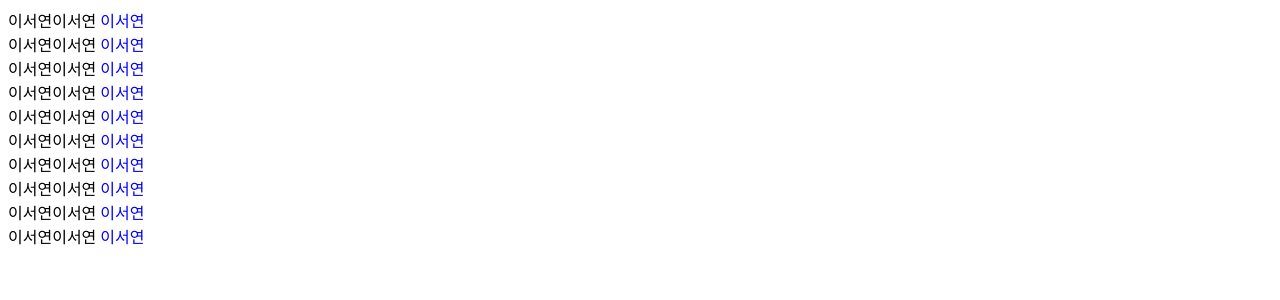
Repository: seoyeon0619/WebProgramming
Page: workspace1/myhome2/src/main/webapp/javascript/javascript6.html
An editor plug-in stored every save of this project. The page is shown before and after the next save, followed by the edit.
The browser window is 1280 px wide. The pictures show the whole page.

Above is the page before, as saved 2022-12-30 08:46:40.

After the next save:
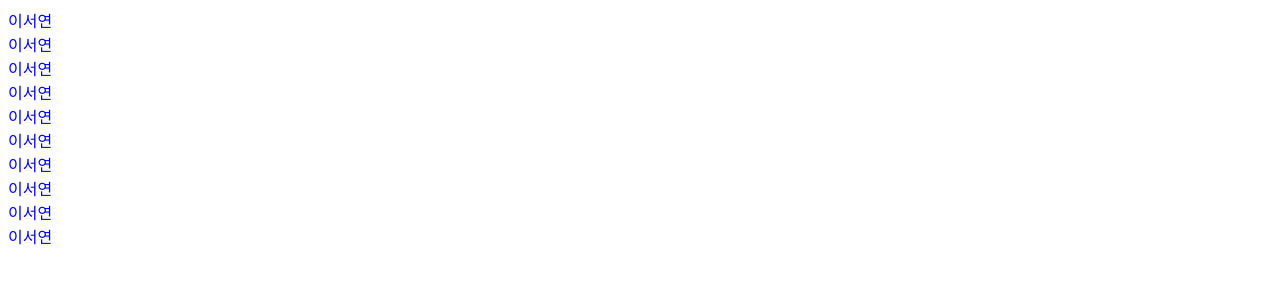
Saved 13 s later.
--- a/workspace1/myhome2/src/main/webapp/javascript/javascript6.html
+++ b/workspace1/myhome2/src/main/webapp/javascript/javascript6.html
@@ -22,8 +22,7 @@
 	}
 
 	for(i=1; i<=10; i++){
-		document.write("이서연"); // 줄바꿈 불가
-		document.writeln("이서연"); // 한칸띄워줌
+
 		document.write("<span style='color:blue'>이서연</span><br/>");
 	}
 </script>
